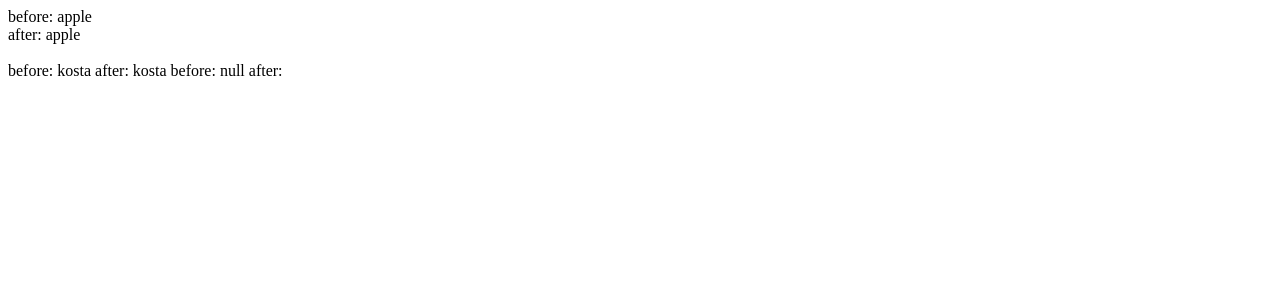
Repository: RyuJelly/211
Page: http://localhost/JSP/el/el_exam.jsp
An editor plug-in stored every save of this project. The page is shown before and after the next save, followed by the edit.
The browser window is 1280 px wide. The pictures show the whole page.
The page is served by Tomcat 9. Other server files are loaded and not shown.

Above is the page before, as saved 2021-03-29 06:13:35.

### jsp_work/JSP/WebContent/el/el_exam.jsp
<%@page import="kosta.bean.Member2"%>
<%@ page language="java" contentType="text/html; charset=UTF-8"
    pageEncoding="UTF-8"%>
<%
	request.setAttribute("name", "kosta");

	Member2 m = new Member2();
	m.setName("홍길동");
	request.setAttribute("memeber", m);
%>

<!DOCTYPE html>
<html>
<head>
<meta charset="UTF-8">
<title>Insert title here</title>
</head>
<body>
	<jsp:forward page="el_result.jsp">
		<jsp:param value="apple" name="fruit"/>
	</jsp:forward>
</body>
</html>

### jsp_work/JSP/WebContent/el/el_result.jsp
<%@ page language="java" contentType="text/html; charset=UTF-8"
    pageEncoding="UTF-8"%>
<!DOCTYPE html>
<html>
<head>
<meta charset="UTF-8">
<title>Insert title here</title>
</head>
<body>
	before: <%= request.getParameter("fruit") %><br>
	after: ${param.fruit }<br><br>

	before: <%= request.getAttribute("name") %>
	after: ${name }

	before: <%= request.getAttribute("member") %>
	after: ${m.getName }
</body>
</html>

### jsp_work/JSP/src/kosta/bean/Member2.java
package kosta.bean;

public class Member2 {
	private String name;

	public Member2() {}

	public Member2(String name) {
		super();
		this.name = name;
	}

	public String getName() {
		return name;
	}

	public void setName(String name) {
		this.name = name;
	}


}

After the next save:
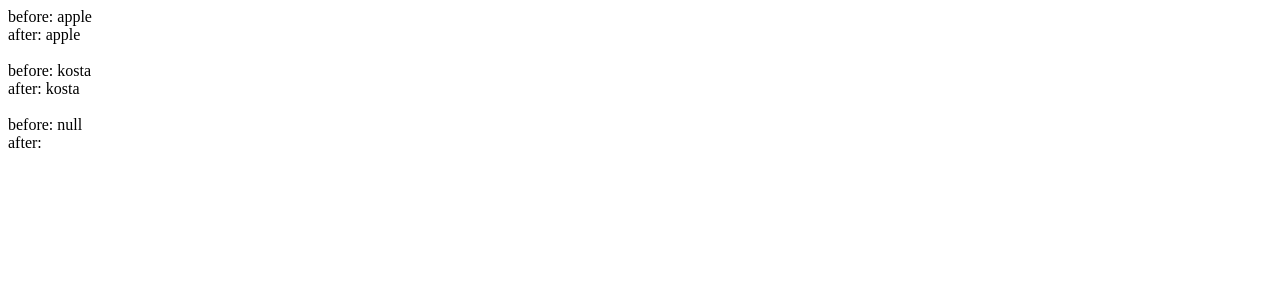
Saved 18 s later.
--- a/jsp_work/JSP/WebContent/el/el_result.jsp
+++ b/jsp_work/JSP/WebContent/el/el_result.jsp
@@ -10,10 +10,10 @@
 	before: <%= request.getParameter("fruit") %><br>
 	after: ${param.fruit }<br><br>
 
-	before: <%= request.getAttribute("name") %>
-	after: ${name }
+	before: <%= request.getAttribute("name") %><br>
+	after: ${name }<br><br>
 
-	before: <%= request.getAttribute("member") %>
-	after: ${m.getName }
+	before: <%= request.getAttribute("member") %><br>
+	after: ${m.getName }<br><br>
 </body>
 </html>
